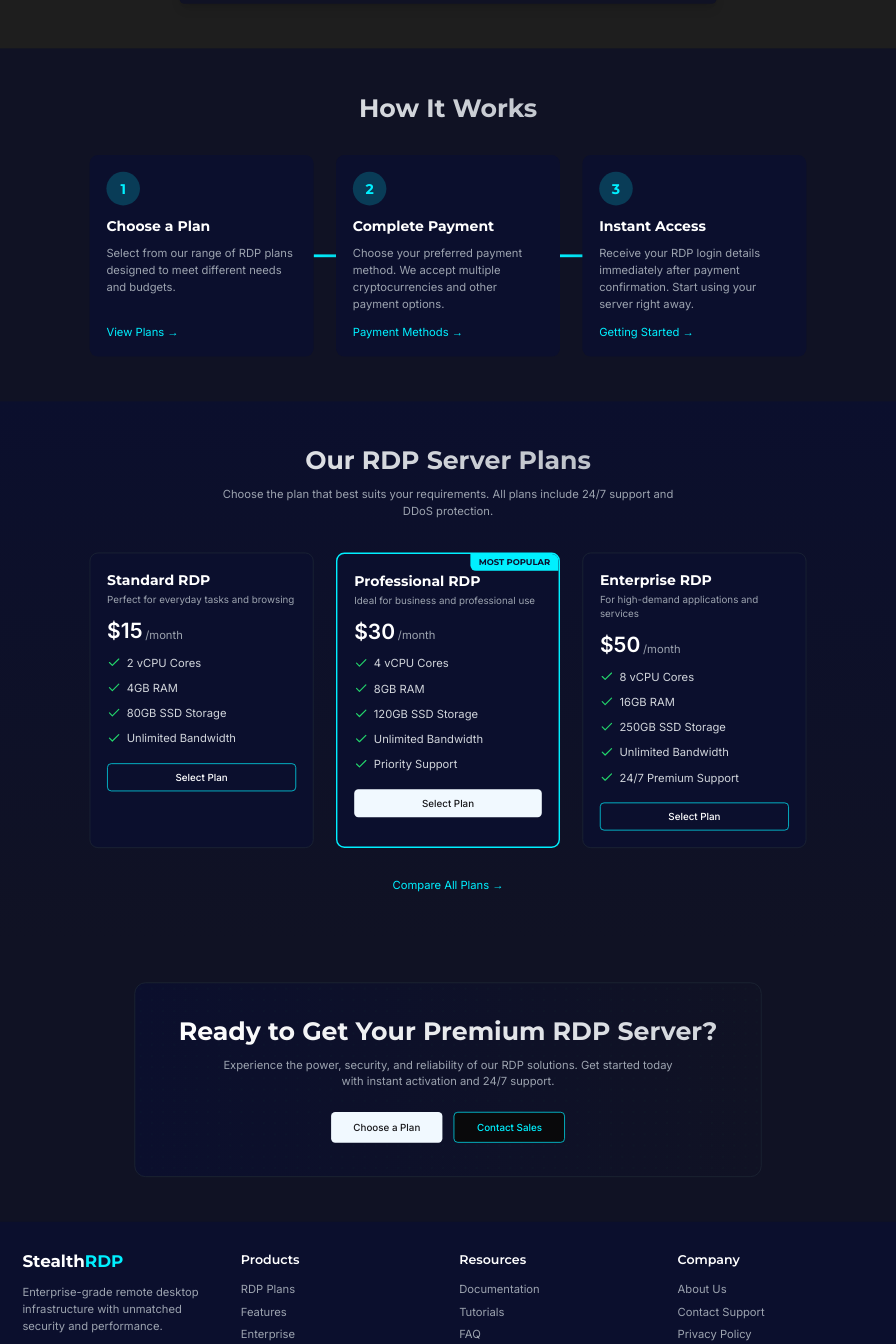
Repository: Husnainn01/stealthrdp2
Page: /
An editor plug-in stored every save of this project. The page is shown before and after the next save, followed by the edit.
The browser window is 1280 px wide. The pictures show the part of the page from y = 1479 to 3399 px (the page is 3545 px tall), at 70% of full size.
The project was rebuilt for these pictures with package versions that can differ from the ones it lists, and the page was loaded fresh each time. Also part of the build but not shown: vite.config.ts, src/components/ui/tooltip.tsx, src/components/ui/accordion.tsx, src/pages/FAQ.tsx, src/components/ui/card.tsx, src/components/ui/tabs.tsx, src/pages/Plans.tsx, src/pages/Features.tsx and 1 more.

Above is the page before, as saved 2025-05-05 23:10:10.

### index.html
<!DOCTYPE html>
<html lang="en">
  <head>
    <meta charset="UTF-8" />
    <meta name="viewport" content="width=device-width, initial-scale=1.0" />
    <title>stealth-digital-revamp</title>
    <meta name="description" content="Lovable Generated Project" />
    <meta name="author" content="Lovable" />

    <meta property="og:title" content="stealth-digital-revamp" />
    <meta property="og:description" content="Lovable Generated Project" />
    <meta property="og:type" content="website" />
    <meta property="og:image" content="https://lovable.dev/opengraph-image-p98pqg.png" />

    <meta name="twitter:card" content="summary_large_image" />
    <meta name="twitter:site" content="@lovable_dev" />
    <meta name="twitter:image" content="https://lovable.dev/opengraph-image-p98pqg.png" />
  </head>

  <body>
    <div id="root"></div>
    <!-- IMPORTANT: DO NOT REMOVE THIS SCRIPT TAG OR THIS VERY COMMENT! -->
    <script src="https://cdn.gpteng.co/gptengineer.js" type="module"></script>
    <script type="module" src="/src/main.tsx"></script>

    <!--Start of Tawk.to Script-->
    <script type="text/javascript">
    var Tawk_API=Tawk_API||{}, Tawk_LoadStart=new Date();
    (function(){
    var s1=document.createElement("script"),s0=document.getElementsByTagName("script")[0];
    s1.async=true;
    s1.src='https://embed.tawk.to/67aadec4825083258e1318e0/1ijpnccj4';
    s1.charset='UTF-8';
    s1.setAttribute('crossorigin','*');
    s0.parentNode.insertBefore(s1,s0);
    })();
    </script>
    <!--End of Tawk.to Script-->
  </body>
</html>

### src/pages/Index.tsx
import React from 'react';
import { Link } from 'react-router-dom';
import Layout from '@/components/Layout';
import { Button } from '@/components/ui/button';
import { Check } from 'lucide-react';

const Index = () => {
  return (
    <Layout>
      {/* Hero Section */}
      <section className="pt-24 pb-16 md:pt-32 md:pb-24 relative overflow-hidden">
        <div className="absolute inset-0 z-0">
          <div className="absolute inset-0 bg-gradient-to-b from-charcoal to-midnight opacity-90"></div>
          <div className="absolute inset-0 bg-[radial-gradient(#22D46B10_1px,transparent_1px)] [background-size:20px_20px]"></div>
        </div>

        <div className="container relative z-10">
          <div className="max-w-4xl mx-auto text-center">
            <h1 className="text-4xl md:text-5xl lg:text-6xl font-bold font-montserrat mb-6 bg-gradient-to-r from-white to-gray-300 bg-clip-text text-transparent fade-in">
              Secure & Instant RDP Servers
            </h1>
            <p className="text-gray-300 text-lg md:text-xl mb-8 fade-in" style={{ animationDelay: '0.2s' }}>
              Experience high-performance RDP with immediate setup, robust security, and reliable 24/7 expert support.
            </p>
            <div className="flex flex-col sm:flex-row justify-center gap-4 fade-in" style={{ animationDelay: '0.4s' }}>
              <Button asChild size="lg" className="btn-electric text-base">
                <Link to="/plans">Get Started Now</Link>
              </Button>
              <Button asChild variant="outline" size="lg" className="border-electric text-electric hover:bg-electric/10 text-base">
                <Link to="/features">Explore Features</Link>
              </Button>
            </div>
            <p className="text-gray-500 text-sm mt-4 fade-in" style={{ animationDelay: '0.6s' }}>Trusted by professionals worldwide.</p>
          </div>
        </div>
      </section>

      {/* Key Benefits Section */}
      <section className="bg-midnight py-16">
        <div className="container">
          <h2 className="text-3xl md:text-4xl font-bold font-montserrat text-center mb-12 bg-gradient-to-r from-white to-gray-400 bg-clip-text text-transparent">
            Why Choose StealthRDP
          </h2>

          <div className="grid grid-cols-1 md:grid-cols-3 gap-8">
            {/* Benefit 1 */}
            <div className="bg-charcoal rounded-xl p-6 card-hover">
              <div className="w-14 h-14 rounded-full bg-cyber/20 flex items-center justify-center mb-4">
                <svg xmlns="http://www.w3.org/2000/svg" className="h-7 w-7 text-cyber" fill="none" viewBox="0 0 24 24" stroke="currentColor">
                  <path strokeLinecap="round" strokeLinejoin="round" strokeWidth={2} d="M9 12l2 2 4-4m6 2a9 9 0 11-18 0 9 9 0 0118 0z" />
                </svg>
              </div>
              <h3 className="text-xl font-bold font-montserrat text-white mb-3">Instant Setup</h3>
              <p className="text-gray-400">
                Get your RDP server up and running within minutes after payment. No waiting, no delays - start working immediately.
              </p>
            </div>

            {/* Benefit 2 */}
            <div className="bg-charcoal rounded-xl p-6 card-hover">
              <div className="w-14 h-14 rounded-full bg-electric/20 flex items-center justify-center mb-4">
                <svg xmlns="http://www.w3.org/2000/svg" className="h-7 w-7 text-electric" fill="none" viewBox="0 0 24 24" stroke="currentColor">
                  <path strokeLinecap="round" strokeLinejoin="round" strokeWidth={2} d="M17 8h2a2 2 0 012 2v6a2 2 0 01-2 2h-2v4l-4-4H9a1.994 1.994 0 01-1.414-.586m0 0L11 14h4a2 2 0 002-2V6a2 2 0 00-2-2H5a2 2 0 00-2 2v6a2 2 0 002 2h2v4l.586-.586z" />
                </svg>
              </div>
              <h3 className="text-xl font-bold font-montserrat text-white mb-3">24/7 Support</h3>
              <p className="text-gray-400">
                Our dedicated team is available around the clock to assist with any technical issues or questions you may have.
              </p>
            </div>

            {/* Benefit 3 */}
            <div className="bg-charcoal rounded-xl p-6 card-hover">
              <div className="w-14 h-14 rounded-full bg-cyber/20 flex items-center justify-center mb-4">
                <svg xmlns="http://www.w3.org/2000/svg" className="h-7 w-7 text-cyber" fill="none" viewBox="0 0 24 24" stroke="currentColor">
                  <path strokeLinecap="round" strokeLinejoin="round" strokeWidth={2} d="M12 15v2m-6 4h12a2 2 0 002-2v-6a2 2 0 00-2-2H6a2 2 0 00-2 2v6a2 2 0 002 2zm10-10V7a4 4 0 00-8 0v4h8z" />
                </svg>
              </div>
              <h3 className="text-xl font-bold font-montserrat text-white mb-3">Enhanced Security</h3>
              <p className="text-gray-400">
                Robust security measures including DDoS protection, secure data centers, and regular backups to keep your work safe.
              </p>
            </div>
          </div>
        </div>
      </section>

      {/* Social Proof Section - NEW */}
      <section className="bg-steel py-16">
        <div className="container">
          <h2 className="text-2xl md:text-3xl font-bold font-montserrat text-center mb-12 text-white">
            Trusted By Businesses Like Yours
          </h2>

          {/* Client Logos (Placeholder) */}
          <div className="grid grid-cols-2 md:grid-cols-4 lg:grid-cols-6 gap-8 items-center mb-16 max-w-4xl mx-auto">
            {[1, 2, 3, 4, 5, 6].map((i) => (
              <div key={i} className="flex justify-center">
                <img
                  src={`https://placehold.co/150x50/FFFFFF/CCCCCC?text=Client+${i}&font=montserrat`}
                  alt={`Client Logo ${i}`}
                  className="h-8 md:h-10 w-auto opacity-60 hover:opacity-100 transition-opacity"
                />
              </div>
            ))}
          </div>

          {/* Testimonial Example */}
          <div className="bg-charcoal rounded-lg p-8 max-w-3xl mx-auto text-center shadow-lg">
            <svg xmlns="http://www.w3.org/2000/svg" className="h-8 w-8 text-electric mx-auto mb-4" fill="none" viewBox="0 0 24 24" stroke="currentColor" strokeWidth={1.5}>
              <path strokeLinecap="round" strokeLinejoin="round" d="M7.5 8.25h9m-9 3H12m-9.75 1.51c0 1.6 1.123 2.994 2.707 3.227 1.129.166 2.27.293 3.423.379.35.026.67.21.865.501L12 21l2.755-2.13a1.14 1.14 0 01.865-.501 48.172 48.172 0 003.423-.379c1.584-.233 2.707-1.626 2.707-3.228V6.741c0-1.602-1.123-2.995-2.707-3.228A48.394 48.394 0 0012 3c-2.392 0-4.744.175-7.043.513C3.373 3.746 2.25 5.14 2.25 6.741v6.018z" />
            </svg>
            <p className="text-lg text-gray-300 italic leading-relaxed mb-6">
              "StealthRDP has been incredibly reliable. The speed is fantastic, and knowing our connections are secure gives us peace of mind. The instant setup was a huge plus!"
            </p>
            <p className="font-semibold text-white font-montserrat">
              - Sarah Chen, Lead Developer at TechCorp
            </p>
          </div>
        </div>
      </section>

      {/* How It Works Section */}
      <section className="py-16 bg-charcoal">
        <div className="container">
          <h2 className="text-3xl md:text-4xl font-bold font-montserrat text-center mb-12 bg-gradient-to-r from-white to-gray-400 bg-clip-text text-transparent">
            How It Works
          </h2>

          <div className="grid grid-cols-1 md:grid-cols-3 gap-8 max-w-5xl mx-auto">
            {/* Step 1 */}
            <div className="relative">
              <div className="bg-midnight rounded-xl p-6 relative z-10 h-full flex flex-col">
                <div className="w-12 h-12 rounded-full bg-electric/20 flex items-center justify-center mb-4 text-electric font-montserrat font-bold text-xl">
                  1
                </div>
                <h3 className="text-xl font-bold font-montserrat text-white mb-3">Choose a Plan</h3>
                <p className="text-gray-400 flex-grow">
                  Select from our range of RDP plans designed to meet different needs and budgets.
                </p>
                <Link to="/plans" className="text-electric hover:underline mt-4 inline-block">
                  View Plans →
                </Link>
              </div>
              {/* Connector line */}
              <div className="hidden md:block absolute top-1/2 left-full w-full h-1 bg-gradient-to-r from-electric to-transparent -translate-y-1/2 z-0"></div>
            </div>

            {/* Step 2 */}
            <div className="relative">
              <div className="bg-midnight rounded-xl p-6 relative z-10 h-full flex flex-col">
                <div className="w-12 h-12 rounded-full bg-electric/20 flex items-center justify-center mb-4 text-electric font-montserrat font-bold text-xl">
                  2
                </div>
                <h3 className="text-xl font-bold font-montserrat text-white mb-3">Complete Payment</h3>
                <p className="text-gray-400 flex-grow">
                  Choose your preferred payment method. We accept multiple cryptocurrencies and other payment options.
                </p>
                <Link to="/payment" className="text-electric hover:underline mt-4 inline-block">
                  Payment Methods →
                </Link>
              </div>
              {/* Connector line */}
              <div className="hidden md:block absolute top-1/2 left-full w-full h-1 bg-gradient-to-r from-electric to-transparent -translate-y-1/2 z-0"></div>
            </div>

            {/* Step 3 */}
            <div>
              <div className="bg-midnight rounded-xl p-6 relative z-10 h-full flex flex-col">
                <div className="w-12 h-12 rounded-full bg-electric/20 flex items-center justify-center mb-4 text-electric font-montserrat font-bold text-xl">
                  3
                </div>
                <h3 className="text-xl font-bold font-montserrat text-white mb-3">Instant Access</h3>
                <p className="text-gray-400 flex-grow">
                  Receive your RDP login details immediately after payment confirmation. Start using your server right away.
                </p>
                <Link to="/getting-started" className="text-electric hover:underline mt-4 inline-block">
                  Getting Started →
                </Link>
              </div>
            </div>
          </div>
        </div>
      </section>

      {/* Plans Preview Section */}
      <section className="py-16 bg-gradient-to-b from-midnight to-charcoal">
        <div className="container">
          <div className="text-center mb-12">
            <h2 className="text-3xl md:text-4xl font-bold font-montserrat mb-4 bg-gradient-to-r from-white to-gray-400 bg-clip-text text-transparent">
              Our RDP Server Plans
            </h2>
            <p className="text-gray-400 max-w-2xl mx-auto">
              Choose the plan that best suits your requirements. All plans include 24/7 support and DDoS protection.
            </p>
          </div>

          <div className="grid grid-cols-1 md:grid-cols-3 gap-8 max-w-5xl mx-auto">
            {/* Basic Plan */}
            <div className="bg-midnight border border-gray-800 rounded-xl overflow-hidden card-hover">
              <div className="p-6">
                <h3 className="text-xl font-bold font-montserrat text-white mb-1">Standard RDP</h3>
                <p className="text-gray-400 text-sm mb-4">Perfect for everyday tasks and browsing</p>
                <div className="flex items-end mb-4">
                  <span className="text-3xl font-bold text-white">$15</span>
                  <span className="text-gray-400 ml-1">/month</span>
                </div>
                <ul className="space-y-3 mb-6">
                  <li className="flex items-start">
                    <Check className="h-5 w-5 text-cyber mr-2 mt-0.5" />
                    <span className="text-gray-300">2 vCPU Cores</span>
                  </li>
                  <li className="flex items-start">
                    <Check className="h-5 w-5 text-cyber mr-2 mt-0.5" />
                    <span className="text-gray-300">4GB RAM</span>
                  </li>
                  <li className="flex items-start">
                    <Check className="h-5 w-5 text-cyber mr-2 mt-0.5" />
                    <span className="text-gray-300">80GB SSD Storage</span>
                  </li>
                  <li className="flex items-start">
                    <Check className="h-5 w-5 text-cyber mr-2 mt-0.5" />
                    <span className="text-gray-300">Unlimited Bandwidth</span>
                  </li>
                </ul>
                <Button asChild className="w-full bg-midnight text-white border border-electric hover:bg-electric hover:text-midnight transition-colors">
                  <Link to="/plans">Select Plan</Link>
                </Button>
              </div>
            </div>

            {/* Pro Plan */}
            <div className="bg-midnight border-2 border-electric rounded-xl overflow-hidden relative card-hover">
              <div className="absolute top-0 right-0 bg-electric text-midnight px-3 py-1 text-xs font-bold font-montserrat rounded-bl-lg">
                MOST POPULAR
              </div>
              <div className="p-6">
                <h3 className="text-xl font-bold font-montserrat text-white mb-1">Professional RDP</h3>
                <p className="text-gray-400 text-sm mb-4">Ideal for business and professional use</p>
                <div className="flex items-end mb-4">
                  <span className="text-3xl font-bold text-white">$30</span>
                  <span className="text-gray-400 ml-1">/month</span>
                </div>
                <ul className="space-y-3 mb-6">
                  <li className="flex items-start">
                    <Check className="h-5 w-5 text-cyber mr-2 mt-0.5" />
                    <span className="text-gray-300">4 vCPU Cores</span>
                  </li>
                  <li className="flex items-start">
                    <Check className="h-5 w-5 text-cyber mr-2 mt-0.5" />
                    <span className="text-gray-300">8GB RAM</span>
                  </li>
                  <li className="flex items-start">
                    <Check className="h-5 w-5 text-cyber mr-2 mt-0.5" />
                    <span className="text-gray-300">120GB SSD Storage</span>
                  </li>
                  <li className="flex items-start">
                    <Check className="h-5 w-5 text-cyber mr-2 mt-0.5" />
                    <span className="text-gray-300">Unlimited Bandwidth</span>
                  </li>
                  <li className="flex items-start">
                    <Check className="h-5 w-5 text-cyber mr-2 mt-0.5" />
                    <span className="text-gray-300">Priority Support</span>
                  </li>
                </ul>
                <Button asChild className="w-full btn-electric">
                  <Link to="/plans">Select Plan</Link>
                </Button>
              </div>
            </div>

            {/* Enterprise Plan */}
            <div className="bg-midnight border border-gray-800 rounded-xl overflow-hidden card-hover">
              <div className="p-6">
                <h3 className="text-xl font-bold font-montserrat text-white mb-1">Enterprise RDP</h3>
                <p className="text-gray-400 text-sm mb-4">For high-demand applications and services</p>
                <div className="flex items-end mb-4">
                  <span className="text-3xl font-bold text-white">$50</span>
                  <span className="text-gray-400 ml-1">/month</span>
                </div>
                <ul className="space-y-3 mb-6">
                  <li className="flex items-start">
                    <Check className="h-5 w-5 text-cyber mr-2 mt-0.5" />
                    <span className="text-gray-300">8 vCPU Cores</span>
                  </li>
                  <li className="flex items-start">
                    <Check className="h-5 w-5 text-cyber mr-2 mt-0.5" />
                    <span className="text-gray-300">16GB RAM</span>
                  </li>
                  <li className="flex items-start">
                    <Check className="h-5 w-5 text-cyber mr-2 mt-0.5" />
                    <span className="text-gray-300">250GB SSD Storage</span>
                  </li>
                  <li className="flex items-start">
                    <Check className="h-5 w-5 text-cyber mr-2 mt-0.5" />
                    <span className="text-gray-300">Unlimited Bandwidth</span>
                  </li>
                  <li className="flex items-start">
                    <Check className="h-5 w-5 text-cyber mr-2 mt-0.5" />
                    <span className="text-gray-300">24/7 Premium Support</span>
                  </li>
                </ul>
                <Button asChild className="w-full bg-midnight text-white border border-electric hover:bg-electric hover:text-midnight transition-colors">
                  <Link to="/plans">Select Plan</Link>
                </Button>
              </div>
            </div>
          </div>

          <div className="text-center mt-10">
            <Link to="/plans" className="text-electric hover:underline">
              Compare All Plans →
            </Link>
          </div>
        </div>
      </section>

      {/* CTA Section */}
      <section className="py-16 bg-charcoal">
        <div className="container">
          <div className="max-w-4xl mx-auto bg-gradient-to-r from-midnight to-charcoal p-8 sm:p-10 md:p-12 rounded-2xl border border-gray-800 relative overflow-hidden">
            {/* Background Effect */}
            <div className="absolute inset-0 bg-[radial-gradient(#22D46B05_1px,transparent_1px)] [background-size:16px_16px]"></div>
            <div className="relative z-10 text-center">
              <h2 className="text-3xl md:text-4xl font-bold font-montserrat mb-4 bg-gradient-to-r from-white to-gray-300 bg-clip-text text-transparent">
                Ready to Get Your Premium RDP Server?
              </h2>
              <p className="text-gray-400 mb-8 max-w-2xl mx-auto">
                Experience the power, security, and reliability of our RDP solutions. Get started today with instant activation and 24/7 support.
              </p>
              <div className="flex flex-col sm:flex-row justify-center gap-4">
                <Button asChild size="lg" className="btn-electric">
                  <Link to="/plans">Choose a Plan</Link>
                </Button>
                <Button asChild variant="outline" size="lg" className="border-electric text-electric hover:bg-electric/10">
                  <Link to="/contact">Contact Sales</Link>
                </Button>
              </div>
            </div>
          </div>
        </div>
      </section>
    </Layout>
  );
};

export default Index;

### src/components/Layout.tsx

import React from 'react';
import Navbar from './Navbar';
import Footer from './Footer';

interface LayoutProps {
  children: React.ReactNode;
}

const Layout: React.FC<LayoutProps> = ({ children }) => {
  return (
    <div className="flex flex-col min-h-screen">
      <Navbar />
      <main className="flex-grow">{children}</main>
      <Footer />
    </div>
  );
};

export default Layout;

Loaded but not shown: src/main.tsx (common file); src/hooks/use-toast.ts (common file); src/lib/utils.ts (common file); src/components/Footer.tsx (83 lines, source omitted); src/components/ui/toast.tsx (127 lines, source omitted); src/components/Navbar.tsx (133 lines, source omitted); tailwind.config.ts (110 lines, source omitted); src/index.css (70 lines, source omitted); src/lib/ui-utils/button-variants.ts (36 lines, source omitted); src/App.tsx (35 lines, source omitted); src/components/ui/sonner.tsx (29 lines, source omitted); src/components/ui/toaster.tsx (33 lines, source omitted); src/components/ui/button.tsx (20 lines, source omitted); src/components/ScrollToTop.tsx (20 lines, source omitted)

After the next save:
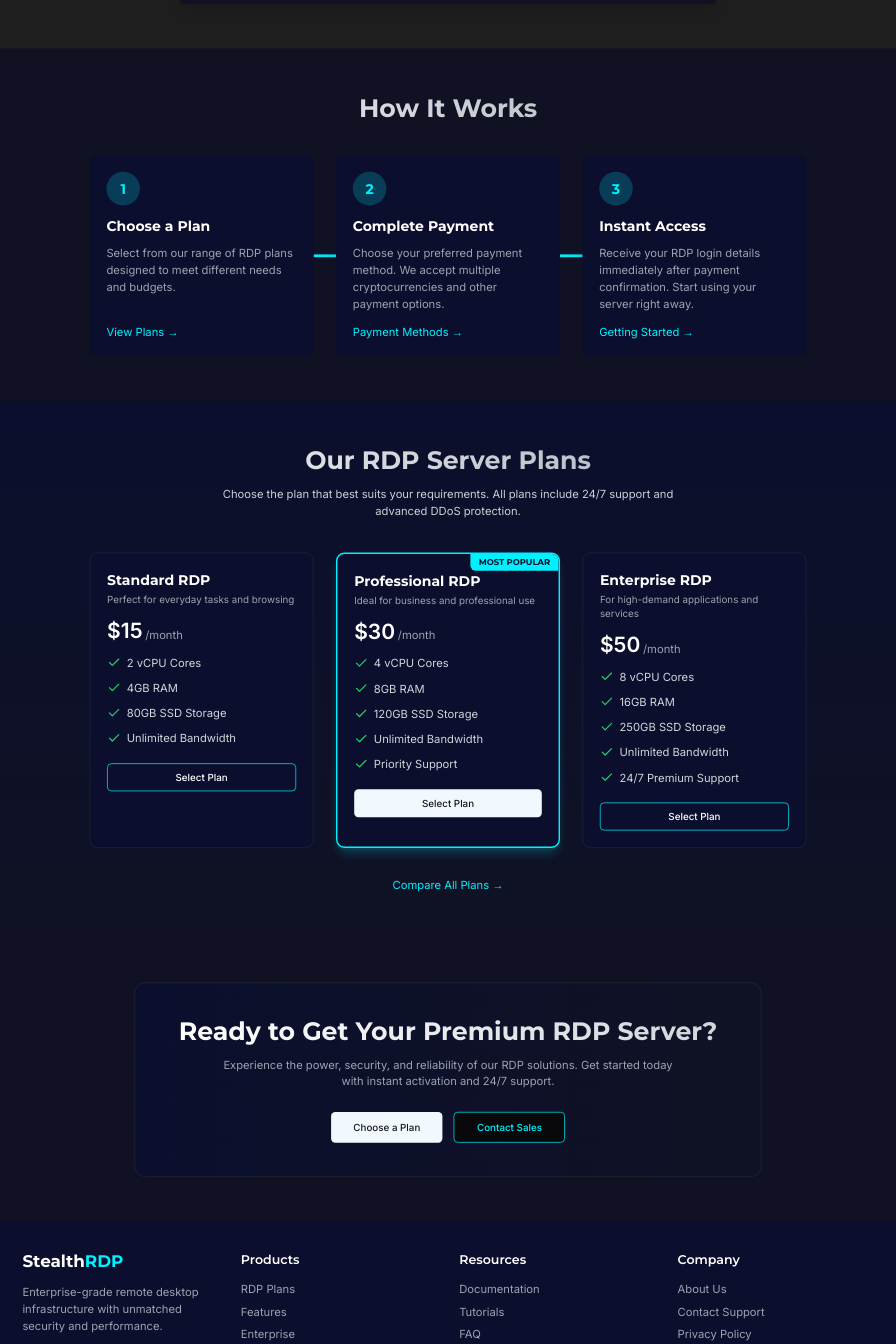
Saved 9 s later.
--- a/src/pages/Index.tsx
+++ b/src/pages/Index.tsx
@@ -190,8 +190,8 @@
             <h2 className="text-3xl md:text-4xl font-bold font-montserrat mb-4 bg-gradient-to-r from-white to-gray-400 bg-clip-text text-transparent">
               Our RDP Server Plans
             </h2>
-            <p className="text-gray-400 max-w-2xl mx-auto">
-              Choose the plan that best suits your requirements. All plans include 24/7 support and DDoS protection.
+            <p className="text-white/80 max-w-2xl mx-auto">
+              Choose the plan that best suits your requirements. All plans include 24/7 support and advanced DDoS protection.
             </p>
           </div>
 
@@ -230,8 +230,8 @@
             </div>
 
             {/* Pro Plan */}
-            <div className="bg-midnight border-2 border-electric rounded-xl overflow-hidden relative card-hover">
-              <div className="absolute top-0 right-0 bg-electric text-midnight px-3 py-1 text-xs font-bold font-montserrat rounded-bl-lg">
+            <div className="bg-midnight border-2 border-electric rounded-xl overflow-hidden relative card-hover shadow-lg shadow-electric/20">
+              <div className="absolute top-0 right-0 bg-electric text-midnight px-3 py-1 text-xs font-bold font-montserrat rounded-bl-lg z-10">
                 MOST POPULAR
               </div>
               <div className="p-6">
